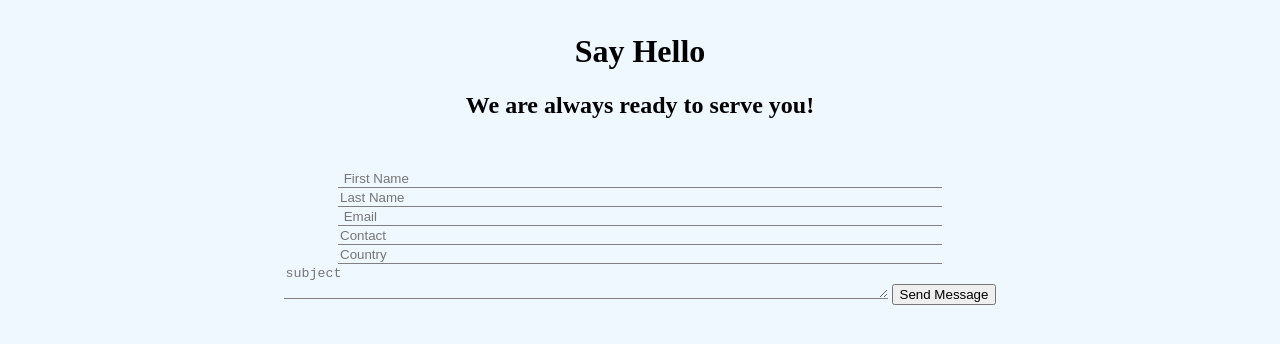
Repository: Owusuharriet/HW1-HAMAH.index.html
Page: index.htm
The author's editor kept a copy of each file at every save. The page is drawn from the files as they stood at one save, then again after the next save.
The browser window is 1280 px wide. The pictures show the whole page.

Above is the page before, as saved 2020-08-03 23:13:34.

### index.htm
<!DOCTYPE html>
<html lang="en">
<head>
    <meta charset="UTF-8">
    <meta name="viewport" content="width=device-width, initial-scale=1.0">
    <link rel="stylesheet" href="./style.css">
    <title>Contact Form</title>
</head>
<body>
    <div class="contact-title">
        <h1>Say Hello</h1>
        <h2>We are always ready to serve you!</h2>
    </div>

    <form class="contact-form">
        <from id="contact-form" method="post" action="">
        <input name="name" type="text" class="form-control" placeholder=" First Name" required>
        <br>
        <input name="name" type="text" class="form-control" placeholder="Last Name" required>
        <br>
        <input name="emial" type="email" class="form-control" placeholder=" Email"required>
        <br>
        <input name="contact" type="contact" class="form-control" placeholder="Contact" required>
        <br>
        <input name="Country" type="country" class="form-control" placeholder="Country" required>
        <br>
        <textarea name="subject" type="subject" class="form-control" placeholder="subject" required></textarea>

        <input type="submit" class="form-center submit" value="Send Message">
    </form>


    </div>


</body>
</html>

### style.css
body{
    margin: 6px;
    padding: 6px;
    text-align: center;
    background-color: aliceblue;

    background-size: cover;
    background-position: center;

}
.content-title{
    margin-top: 100px;
    color: rgb(43, 36, 36);
    text-transform: uppercase;
    transition: all 2 ease-in-out;

}
.content-title h1{
    font-size: 32px;
    line-height: 10px;
}

.content-title h2{
    font-size: 10px;
}

form{
    margin-top: 50px;
    transition: all;
}

.form-control{
    width: 600px;
    background: transparent;
    border: none;
    outline: none;
    border-bottom: 1px solid gray;
    color:#ffffff;
    font-size: ;
}

After the next save:
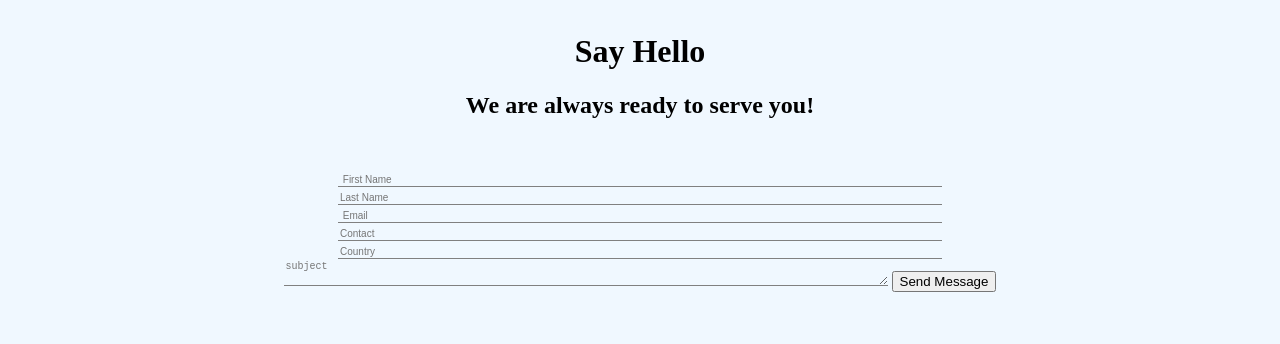
Saved 5 s later.
--- a/style.css
+++ b/style.css
@@ -36,5 +36,5 @@ form{
     outline: none;
     border-bottom: 1px solid gray;
     color:#ffffff;
-    font-size: ;
+    font-size: 10px;
 }
